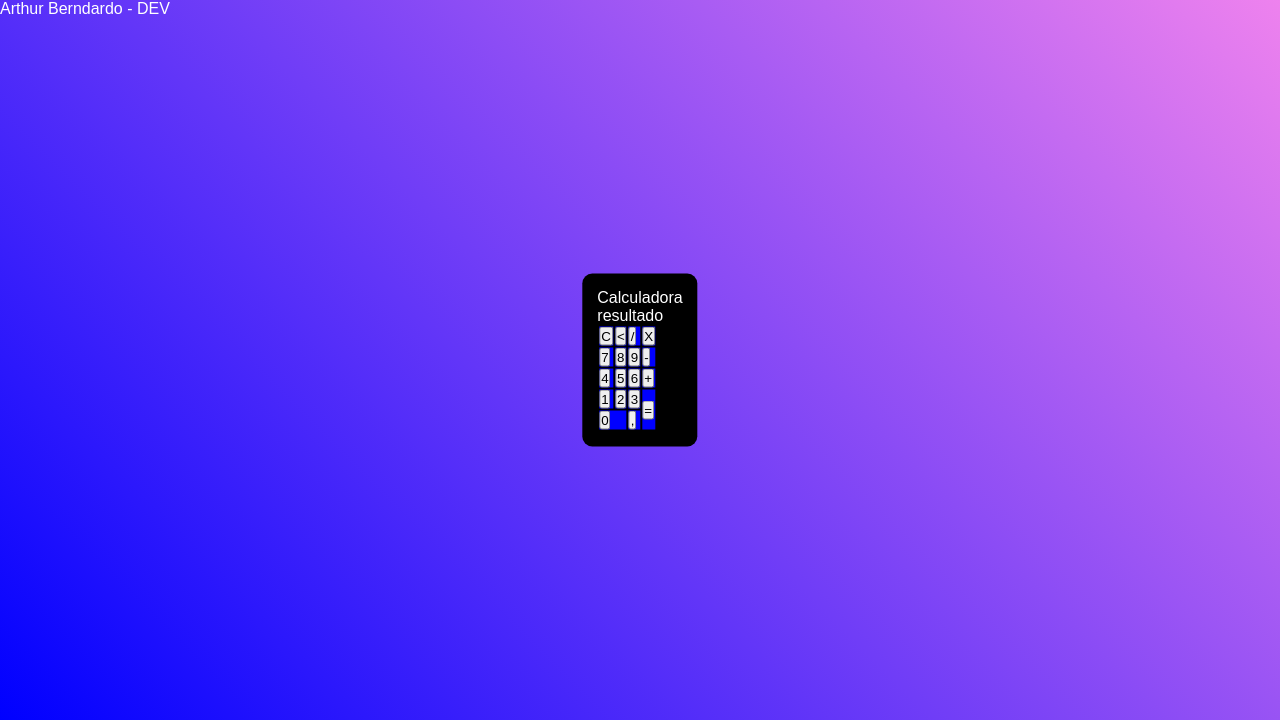
Repository: oThurDev/calculadora
Page: calculadora.html
An editor plug-in stored every save of this project. The page is shown before and after the next save, followed by the edit.
The browser window is 1280 px wide. The pictures show the whole page.

Above is the page before, as saved 2022-02-25 15:35:02.

After the next save:
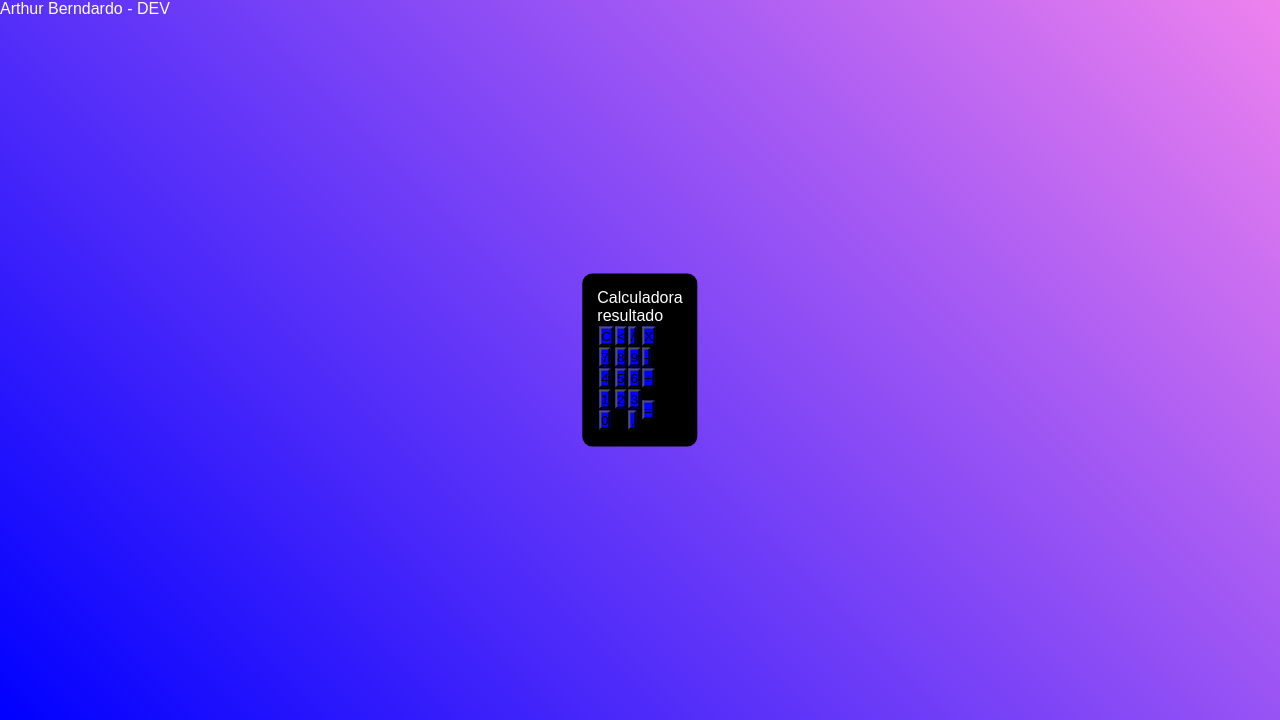
Saved 112 s later.
--- a/calculadora.html
+++ b/calculadora.html
@@ -14,32 +14,32 @@
             <p id="resultado">resultado</p>
             <table>
                 <tr>
-                    <td class="botao"><button>C</button></td>
-                    <td class="botao"><button><</button></td>
-                    <td class="botao"><button>/</button></td>
-                    <td class="botao"><button>X</button></td>
+                    <td><button class="botao">C</button></td>
+                    <td><button class="botao"><</button></td>
+                    <td><button class="botao">/</button></td>
+                    <td><button class="botao">X</button></td>
                 </tr>
                 <tr>
-                    <td class="botao"><button>7</button></td>
-                    <td class="botao"><button>8</button></td>
-                    <td class="botao"><button>9</button></td>
-                    <td class="botao"><button>-</button></td>
+                    <td><button class="botao">7</button></td>
+                    <td><button class="botao">8</button></td>
+                    <td><button class="botao">9</button></td>
+                    <td><button class="botao">-</button></td>
                 </tr>
                 <tr>
-                    <td class="botao"><button>4</button></td>
-                    <td class="botao"><button>5</button></td>
-                    <td class="botao"><button>6</button></td>
-                    <td class="botao"><button>+</button></td>
+                    <td><button class="botao">4</button></td>
+                    <td><button class="botao">5</button></td>
+                    <td><button class="botao">6</button></td>
+                    <td><button class="botao">+</button></td>
                 </tr>
                 <tr>
-                    <td class="botao"><button>1</button></td>
-                    <td class="botao"><button>2</button></td>
-                    <td class="botao"><button>3</button></td>
-                    <td class="botao" rowspan="2"><button>=</button></td>
+                    <td><button class="botao">1</button></td>
+                    <td><button class="botao">2</button></td>
+                    <td><button class="botao">3</button></td>
+                    <td rowspan="2"><button class="botao">=</button></td>
                 </tr>
                 <tr>
-                    <td class="botao" colspan="2"><button>0</button></td>
-                    <td class="botao"><button>,</button></td>
+                    <td colspan="2"><button class="botao">0</button></td>
+                    <td><button class="botao">,</button></td>
                 </tr>
             </table>
         </div>
